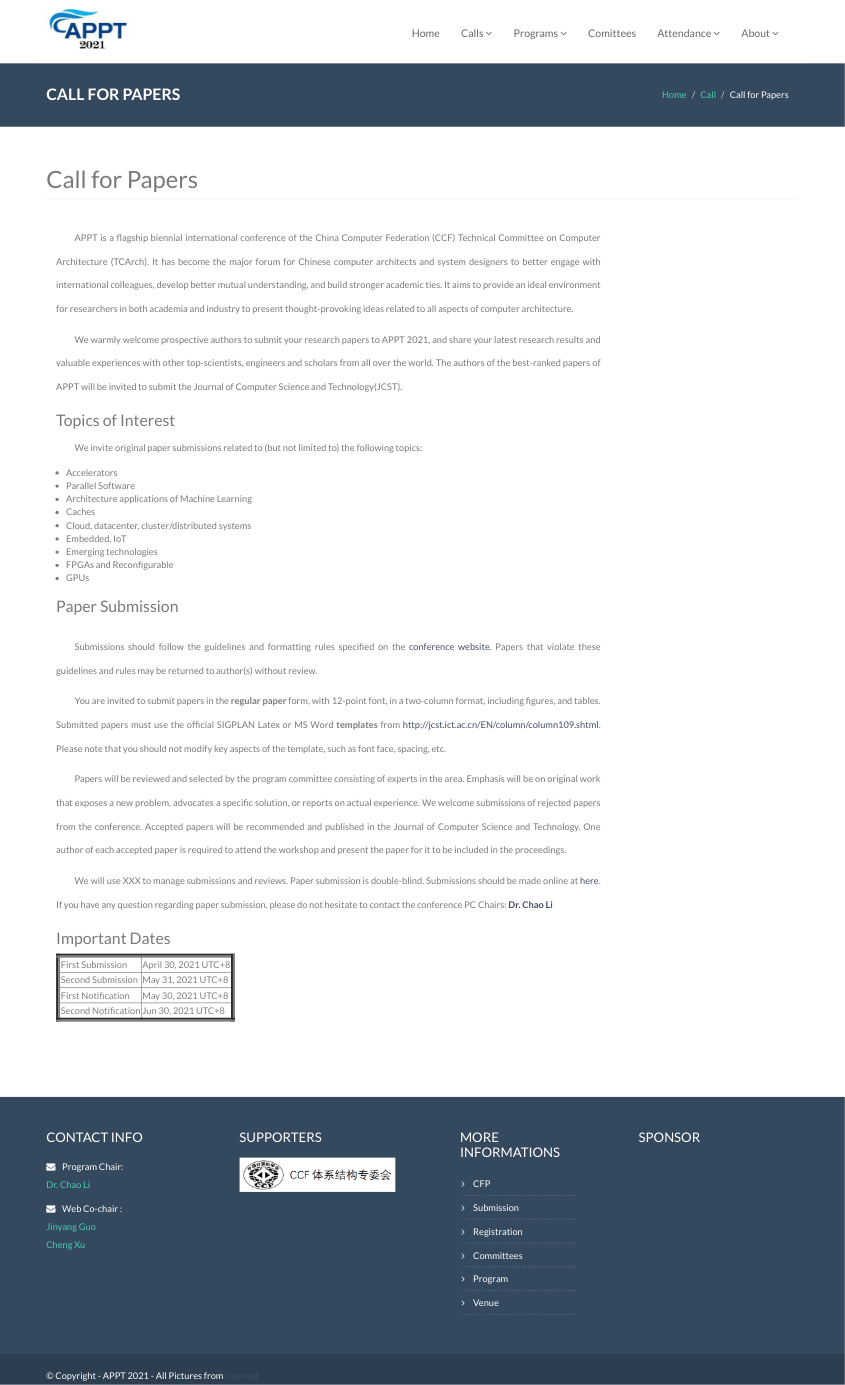
Repository: APPT2021/APPT2021.github.io
Page: call-papers.html
These files come from the project's save history. The page is drawn as it stood at one moment and after the next save; the edit follows.
The browser window is 1280 px wide. The pictures show the whole page, at 66% of full size.

Above is the page before, as saved 2021-03-25 00:21:33.
Console error: ReferenceError: jQuery is not defined

After the next save:
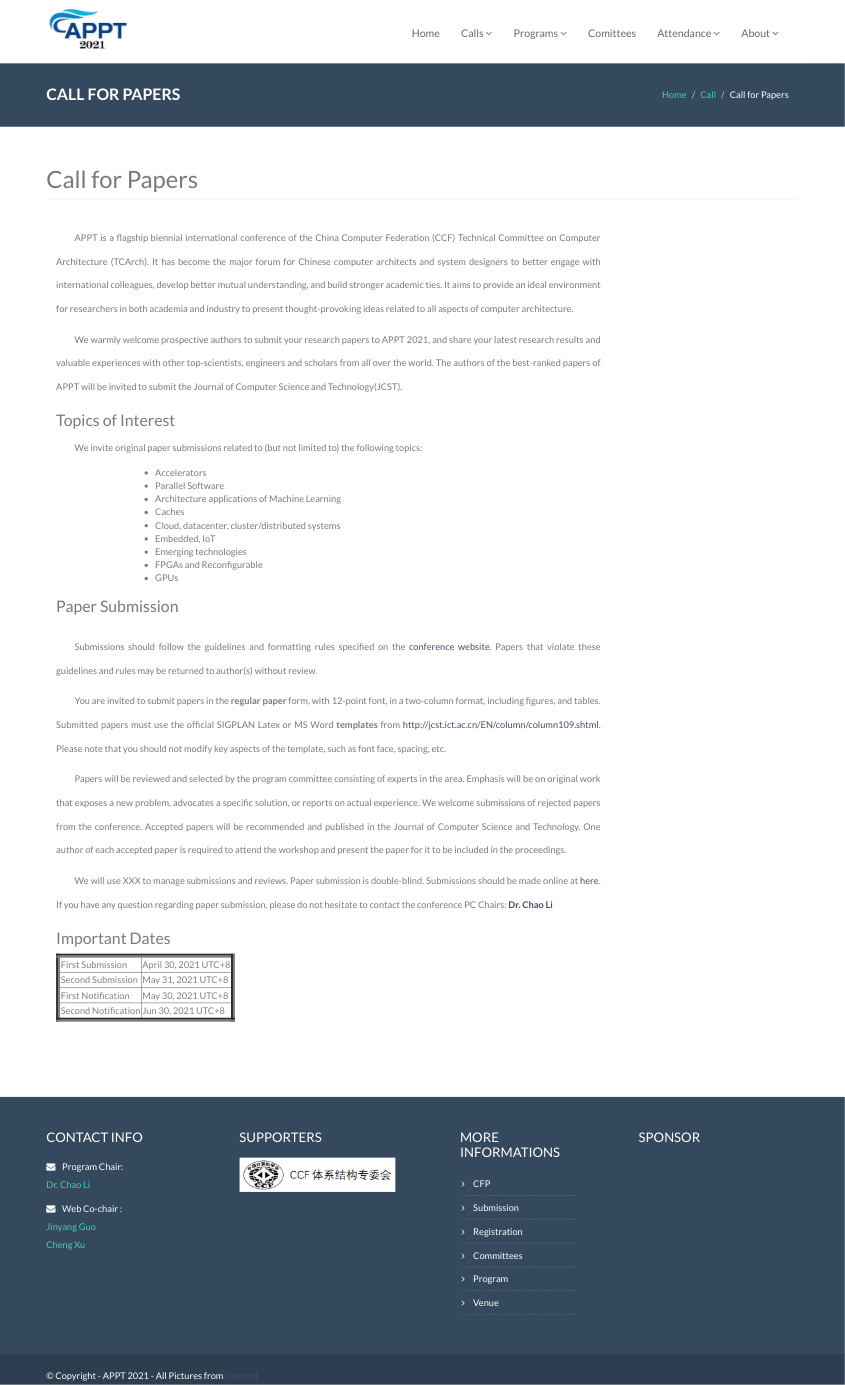
Saved 112 s later.
--- a/call-papers.html
+++ b/call-papers.html
@@ -86,7 +86,7 @@
 		</p>
 		<h3>Topics of Interest</h3>
 		<p class="p1">We invite original paper submissions related to (but not limited to) the following topics:</p>
-		<ul style="margin-left: 15px;">
+		<ul style="margin-left: 150px;">
 			<li style=" text-align: justify;">
 				Accelerators
 			</li>
